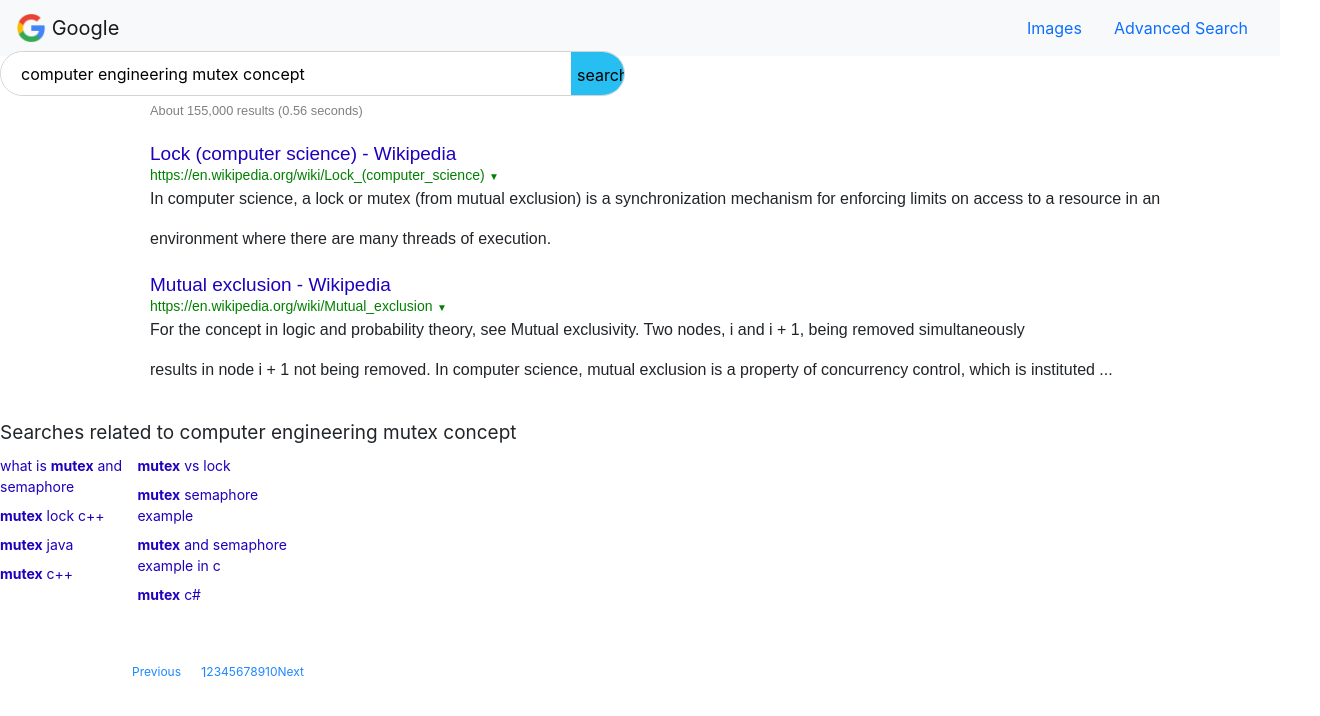
Repository: hego-team/hego-frontend
Page: /search
An editor plug-in stored every save of this project. The page is shown before and after the next save, followed by the edit.
The browser window is 1280 px wide. The page is 1320 px wide, then 1280 px, so the pictures cover 1320 px, including what lies to the right of the window. The pictures show the whole page.
The project was rebuilt for these pictures with package versions that can differ from the ones it lists, and the page was loaded fresh each time.

Above is the page before, as saved 2022-05-15 02:23:03.

### index.html
<!DOCTYPE html>
<html>
  <head>
    <meta charset="utf-8">
    <link rel ="shortcut icon" type="image/x-icon" href="static/google_icon.ico">
    <title>hego-frontend</title>
  </head>
  <body>
    <div id="app"></div>
    <!-- built files will be auto injected -->
  </body>
</html>

### src/main.js
// The Vue build version to load with the `import` command
// (runtime-only or standalone) has been set in webpack.base.conf with an alias.
import Vue from 'vue'
import App from './App'
import router from './router'
import axios from 'axios'
axios.defaults.baseURL = 'http://localhost:8443/api'

Vue.prototype.$axios = axios
Vue.config.productionTip = false

/* eslint-disable no-new */
new Vue({
  el: '#app',
  router,
  components: { App },
  template: '<App/>'
})

### src/router/index.js
import Vue from 'vue'
import Router from 'vue-router'
import SearchEngine from '@/components/SearchEngine'
import SearchResult from '@/components/SearchResult'

Vue.use(Router)

export default new Router({
  mode: "history",
  routes: [
    {
      path: '/home',
      name: 'searchEngine',
      component: SearchEngine
    },
    {
      path: '/search',
      name: 'SearchResult',
      component: SearchResult
    }
  ]
})

### src/components/SearchEngine.vue
<template>

  <div id="searchEngine">
    <NavMenu></NavMenu>
    <div class="search">
      <a href="#" >
          <img class="center" src="../assets/img/googlelogo_color.png" alt="Google-Logo" id="big-logo">
      </a>

      <div class="form-group" style="margin-top: 15px;">
        <input type="text center" class="form-control col-6" id="q" name="q" placeholder="Search" v-model="query">
      </div>
      <div class="form-group center padding">
          <button type="submit" class="btn btn-primary" id="google-button" v-on:click="submit">Google Search</button>
      </div>
    </div>
  </div>
</template>

<script>
import NavMenu from "./NavMenu.vue"
export default {
    name: "SearchEngine",
    components: { NavMenu },
    data() {
        return {
            query: "",
            resp: []
        };
    },
    methods: {
        submit() {
          this.$router.replace({ path: '/search' });
            /**
            var _this = this;
            var query = this.query;
            var url = "search/" + query;
            this.$axios.get(url).then(resp => {
                if (successResponse.data.code == 200) {
                    this.$router.replace({ path: url });
                }
            });
            */
        }
    }
}
</script>

<!-- Add "scoped" attribute to limit CSS to this component only -->
<style scoped>
@import "../styles/search.css";
@import "https://cdn.jsdelivr.net/npm/bootstrap@5.1.3/dist/css/bootstrap.min.css";
@import "https://stackpath.bootstrapcdn.com/bootstrap/4.5.0/css/bootstrap.min.css";
</style>

### src/components/SearchResult.vue
<template>
  <div id="SearchResult">
    <NavMenu></NavMenu>

    <div id="searchbar" type="text">
      <input id="searchbartext" type="text" value="computer engineering mutex concept" />
      <button id="searchbarbutton">search</button>


    </div>

    <div id="searchresultsarea">
        <p id="searchresultsnumber">About 155,000 results (0.56 seconds) </p>
        <div class="searchresult">
            <h2>Lock (computer science) - Wikipedia</h2>
            <a>https://en.wikipedia.org/wiki/Lock_(computer_science)</a> <button>▼</button>
            <p>In computer science, a lock or mutex (from mutual exclusion) is a synchronization mechanism for enforcing limits on access to a resource in an</p>
            <p> environment where there are many threads of execution.</p>
        </div>

        <div class="searchresult">
            <h2>Mutual exclusion - Wikipedia</h2>
            <a>https://en.wikipedia.org/wiki/Mutual_exclusion</a> <button>▼</button>
            <p>For the concept in logic and probability theory, see Mutual exclusivity. Two nodes, i and i + 1, being removed simultaneously</p>
            <p>results in node i + 1 not being removed. In computer science, mutual exclusion is a property of concurrency control, which is instituted ...</p>
        </div>
    </div>

    <div class="relatedsearches">
      <h3>Searches related to computer engineering mutex concept</h3>
      <div class="relatedlists">
          <ul class="relatedleft">
              <li>what is <b>mutex</b> and semaphore</li>
              <li><b>mutex</b> lock c++</li>
              <li><b>mutex</b> java</li>
              <li><b>mutex</b> c++</li>
          </ul>
          <ul class="relatedright">
              <li><b>mutex</b> vs lock</li>
              <li><b>mutex</b> semaphore example</li>
              <li><b>mutex</b> and semaphore example in c</li>
              <li><b>mutex</b> c#</li>
          </ul>
      </div>
    </div>

    <div class="pagebar">
      <ul class="pagelist">
          <li class="pagelistprevious">Previous</li>
          <li class="pagelistfirst">1</li>
          <li class="pagelistnumber">2</li>
          <li class="pagelistnumber">3</li>
          <li class="pagelistnumber">4</li>
          <li class="pagelistnumber">5</li>
          <li class="pagelistnumber">6</li>
          <li class="pagelistnumber">7</li>
          <li class="pagelistnumber">8</li>
          <li class="pagelistnumber">9</li>
          <li class="pagelistnumber">10</li>
          <li class="pagelistnext">Next</li>
      </ul>
    </div>



  </div>
</template>

<script>
import NavMenu from "./NavMenu.vue"
export default {
  name: "SearchResult",
  components: {NavMenu}

}
</script>

<style scoped>
@import "../styles/result.css"
</style>

### src/styles/search.css
.search {
  display: block;
  margin: auto;
  margin-top: 10%; }

.as_search {
  margin: auto;
  padding: auto; }

.title {
  color: #d93025;
  font-size: 20px;
  margin-top: 20px;
  margin-left: 20px; }

.overlap {
  position: relative; }

.logo-subtext {
  color: #4285f4;
  font: 16px/16px roboto-regular, arial, sans-serif;
  white-space: nowrap;
  position: absolute;
  margin-left: 60%; }

.center {
  display: block;
  margin-left: auto;
  margin-right: auto;
  width: 50%; }

.padding {
  padding-left: 35px; }

#big-logo {
  width: 300px; }

#google-button {
  background-color: #f2f2f2;
  color: rgba(0, 0, 0, 0.473);
  border: none;
  position: center; }


#q {
  border-radius: 50px;
  margin: auto;
  padding-left: 20px; }

### src/components/NavMenu.vue
<template>
    <div id="searchEngine">
        <nav class="navbar navbar-light bg-light">
            <a class="navbar-brand" href="search.html">
                <img src="../assets/img/google-logo.png" width="30" height="30" class="d-inline-block align-top" alt="" loading="lazy">
                Google
            </a>
            <ul class="nav justify-content-end">
                <li class="nav-item">
                <a class="nav-link" href="images_search.html">Images</a>
                </li>
                <li class="nav-item">
                <a class="nav-link" href="adv_search.html">Advanced Search</a>
                </li>
            </ul>
        </nav>
    </div>
</template>

<script>
  export default {
    name: 'NavMenu'
  }
</script>

<style scoped>
@import "../styles/search.css";
@import "https://cdn.jsdelivr.net/npm/bootstrap@5.1.3/dist/css/bootstrap.min.css";
@import "https://stackpath.bootstrapcdn.com/bootstrap/4.5.0/css/bootstrap.min.css";
</style>

### src/styles/result.css
#searchbarbutton {
  height: 45px;
  width: 55px;
  position: relative;
  margin-right: -2px;
  background-color: rgba(6, 181, 239, 0.868);
}

#searchbarbutton svg {
  height: 25px;
  width: 35px;
  position: relative;
  left: -3px;
}

#searchbarbutton svg path {
  fill: #4285f4;
}

#searchbar {
  width: 625px;
  height: 45px;
  border-radius: 100px;
  border-color: lightgray;
  border-style: solid;
  border-width: 1px;
  font-size: 16px;
  position: relative;
  bottom: 5px;
  overflow: hidden;
  display: flex;
  z-index: 100;
}

#searchbar:hover {
  box-shadow: 0px 2px 5px rgba(0, 0, 0, 0.1);
}

#searchbar > input {
  height: 45px;
  border-style: none;
  font-size: 16px;
  line-height: 45px;
  padding-left: 20px;
  flex: 1;
}

#searchbar > input:focus {
  outline: none;
}

#searchbar button {
  border: none;
  cursor: pointer;
}

#searchbar button:focus {
  outline: none;
}

#searchresultsarea {
  margin-left: 150px;
  font-family: "Arial";
}

#searchresultsnumber {
  font-size: 0.8rem;
  color: gray;
}

.searchresult h2 {
  font-size: 19px;
  line-height: 18px;
  font-weight: normal;
  color: rgb(29, 1, 189);
  margin-bottom: 0px;
  margin-top: 25px;
}

.searchresult a {
  font-size: 14px;
  line-height: 14px;
  color: green;
  margin-bottom: 0px;
}

.searchresult button {
  font-size: 10px;
  line-height: 14px;
  color: green;
  margin-bottom: 0px;
  padding: 0px;
  border-width: 0px;
  background-color: white;
}

.relatedsearches h3 {
  font-weight: normal;
  font-size: 19px;
  margin-top: 40px;
  margin-bottom: 10px;
}

.relatedlists ul {
  list-style: none;
  color: rgb(29, 1, 189);
  padding-left: 0px;
  font-size: 14px;
  margin-bottom: 50px;
}

.relatedlists {
  display: flex;
  flex-direction: row;
  justify-content: space-between;
  width: 300px;
}

.relatedlists ul li {
  margin-bottom: 8px;
}

.pagelist {
  list-style: none;
  color: rgb(29, 135, 255);
  display: flex;
  flex-direction: row;
  font-size: 12px;
  margin-bottom: 30px;
  margin-left: 100px;
}

.pagelistprevious::before {
  content: "<";
  display: block;
  position: absolute;
  right: 12px;
  top: -35px;
  color: rgb(29, 135, 255);
  font-size: 20px;
  transform: scale(0.7, 1.2);
}

.pagelistprevious::after {
  content: "";
  display: block;
  position: absolute;
  right: -40px;
  top: -35px;
  width: 40px;
  height: 40px;
  background-repeat: no-repeat;
  background-size: 28px;
}

.pagelistfirst {
  margin-left: 20px;
  font-size: 13px;
}

.pagelistnumber::before,
.pagelistfirst::before {
  content: "";
  display: block;
  position: absolute;
  left: -2px;
  top: -21px;
  border-radius: 50px;
  width: 10px;
  height: 10px;
  background-color: white;
  z-index: 3;
}

.pagelistnumber::after {
  content: "";
  display: block;
  position: absolute;
  left: -6px;
  top: -25px;
  border-radius: 50px;
  width: 18px;
  height: 18px;
  background-color: rgb(255, 196, 0);
  z-index: 2;
}

Loaded but not shown: src/App.vue (common file)

After the next save:
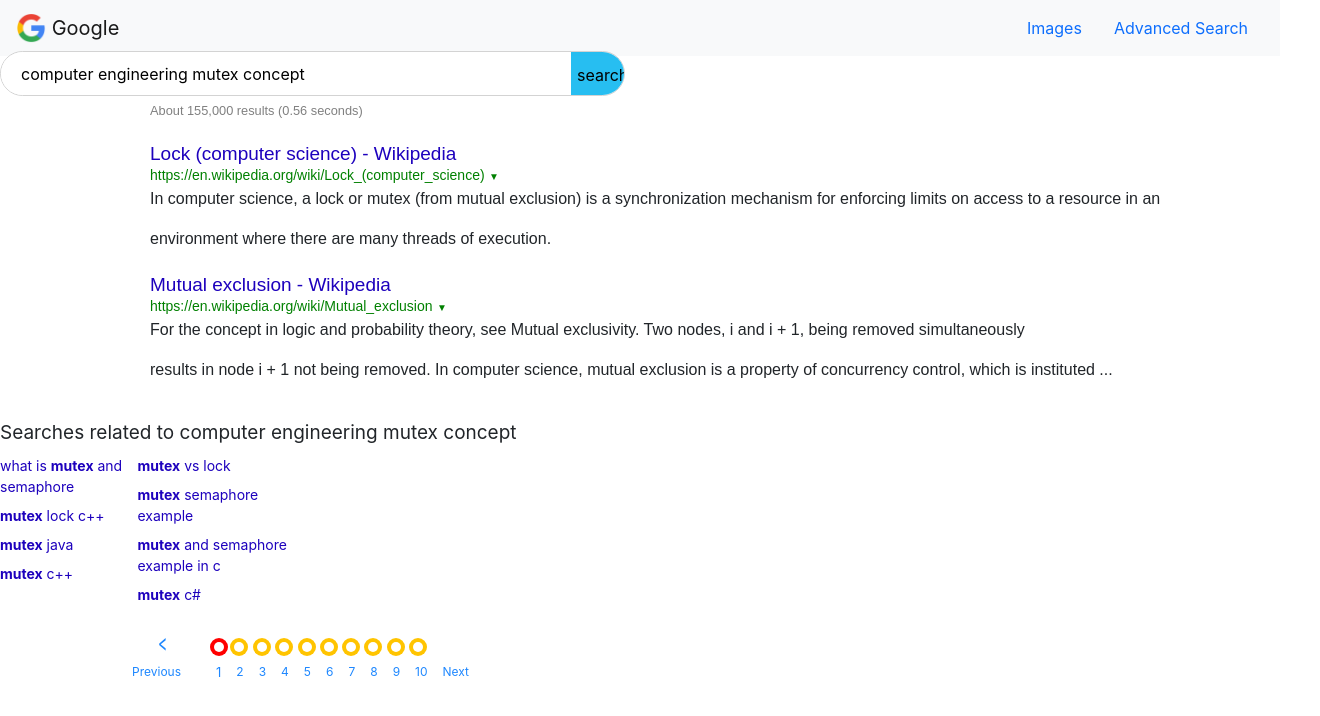
Saved 9 s later.
--- a/src/styles/result.css
+++ b/src/styles/result.css
@@ -184,3 +184,21 @@
   background-color: rgb(255, 196, 0);
   z-index: 2;
 }
+
+.pagelistfirst::after {
+  content: "";
+  display: block;
+  position: absolute;
+  left: -6px;
+  top: -25px;
+  border-radius: 50px;
+  width: 18px;
+  height: 18px;
+  background-color: red;
+  z-index: 2;
+}
+
+.pagelist li {
+  margin-right: 15px;
+  position: relative;
+}
